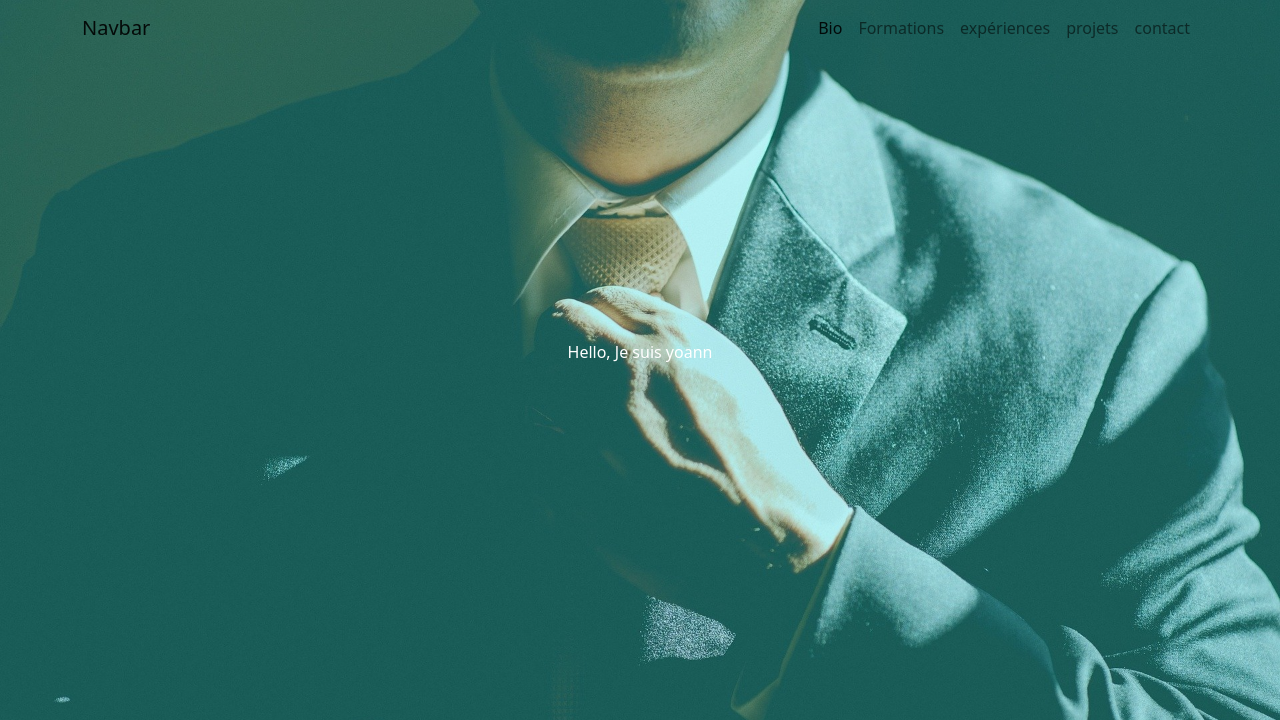
Repository: ypiard85/port-folio-bootstrap-yoann-2021
Page: index.html
An editor plug-in stored every save of this project. The page is shown before and after a run of saves, followed by the edit.
The browser window is 1280 px wide. The pictures show the whole page.

Above is the page before, as saved 2021-03-09 12:23:43.

### index.html
<!DOCTYPE html>
<html lang="en">
<head>
    <meta charset="UTF-8">
    <meta http-equiv="X-UA-Compatible" content="IE=edge">
    <meta name="viewport" content="width=device-width, initial-scale=1.0">
    <!-- CSS only -->
    <link rel="stylesheet" href="./resource/style.css">
<link href="https://cdn.jsdelivr.net/npm/bootstrap@5.0.0-beta2/dist/css/bootstrap.min.css" rel="stylesheet" integrity="sha384-BmbxuPwQa2lc/FVzBcNJ7UAyJxM6wuqIj61tLrc4wSX0szH/Ev+nYRRuWlolflfl" crossorigin="anonymous">
    <title>Document</title>
</head>
<body>

        <nav class="navbar position-fixed w-100 navbar-expand-lg navbar-light">
            <div class="container">
              <a class="navbar-brand" href="#">Navbar</a>
              <button class="navbar-toggler" type="button" data-bs-toggle="collapse" data-bs-target="#navbarNav" aria-controls="navbarNav" aria-expanded="false" aria-label="Toggle navigation">
                <span class="navbar-toggler-icon"></span>
              </button>
              <div class="collapse navbar-collapse" id="navbarNav">
                <ul class="navbar-nav">
                  <li class="nav-item">
                    <a class="nav-link active" aria-current="page" href="#bio">Bio</a>
                  </li>
                  <li class="nav-item">
                    <a class="nav-link" href="#formation">Formations</a>
                  </li>
                  <li class="nav-item">
                    <a class="nav-link" href="#experience">expériences</a>
                  </li>
                  <li class="nav-item">
                    <a class="nav-link" href="#projet">projets</a>
                  </li>
                  <li class="nav-item">
                    <a class="nav-link" href="#contact">contact</a>
                  </li>
                </ul>
              </div>
            </div>
          </nav>

          <header class="container-fluid d-flex align-items-center justify-content-center">
              <p>Hello, Je suis yoann</p>
          </header>

<!-- JavaScript Bundle with Popper -->
<script src="https://cdn.jsdelivr.net/npm/bootstrap@5.0.0-beta2/dist/js/bootstrap.bundle.min.js" integrity="sha384-b5kHyXgcpbZJO/tY9Ul7kGkf1S0CWuKcCD38l8YkeH8z8QjE0GmW1gYU5S9FOnJ0" crossorigin="anonymous"></script>
</body>
</html>

### resource/style.css
.navbar-collapse{
    flex-grow: 0!important;
}

header{
    height: 100vh;
    background: gray;
    background-image: linear-gradient(90deg, rgba(0,231,249,0.2780462526807598) 100%, rgba(0,4,24,0.4405112386751575) 74%), url('./image/about-section.jpg');
    background-repeat: no-repeat;
    background-size: cover;
    background-position: top center;
    color: white;
}

After the next 2 saves:
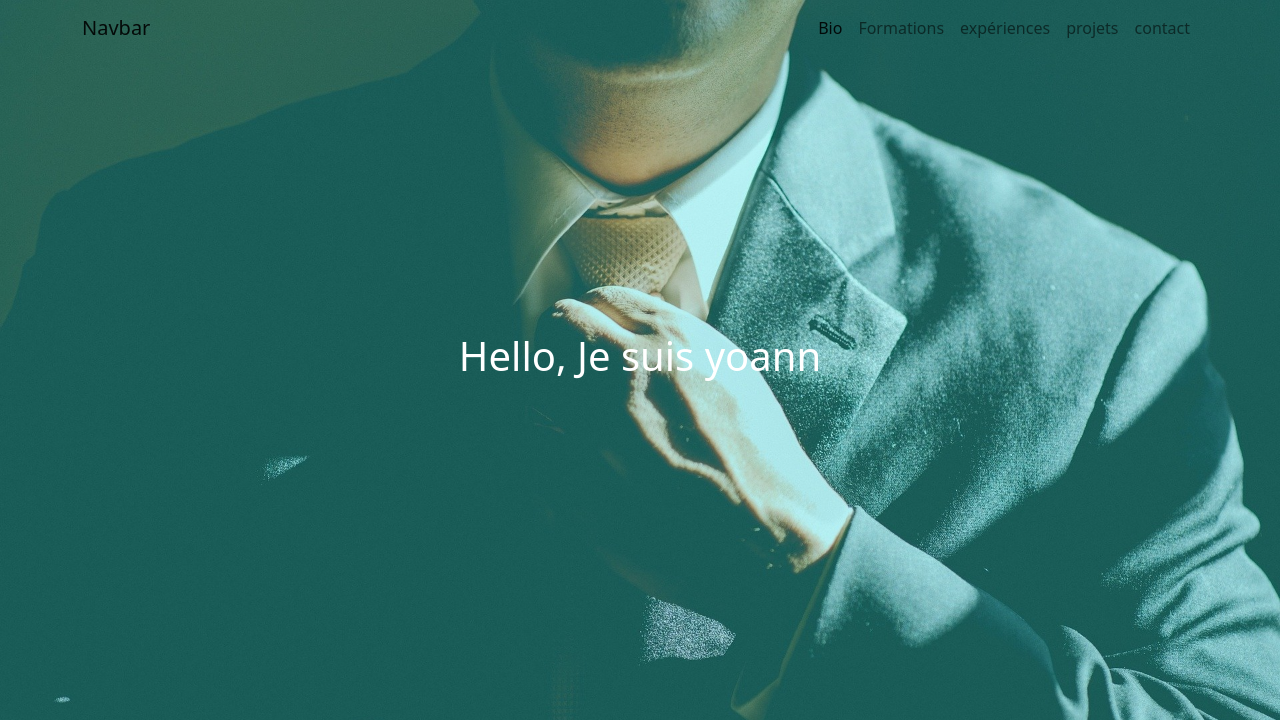
The 2 saves are shown as one change because they came seconds apart.
The last was saved 12 s later.
--- a/index.html
+++ b/index.html
@@ -40,7 +40,7 @@
           </nav>
 
           <header class="container-fluid d-flex align-items-center justify-content-center">
-              <p>Hello, Je suis yoann</p>
+              <h1>Hello, Je suis yoann</h1>
           </header>
 
 <!-- JavaScript Bundle with Popper -->
